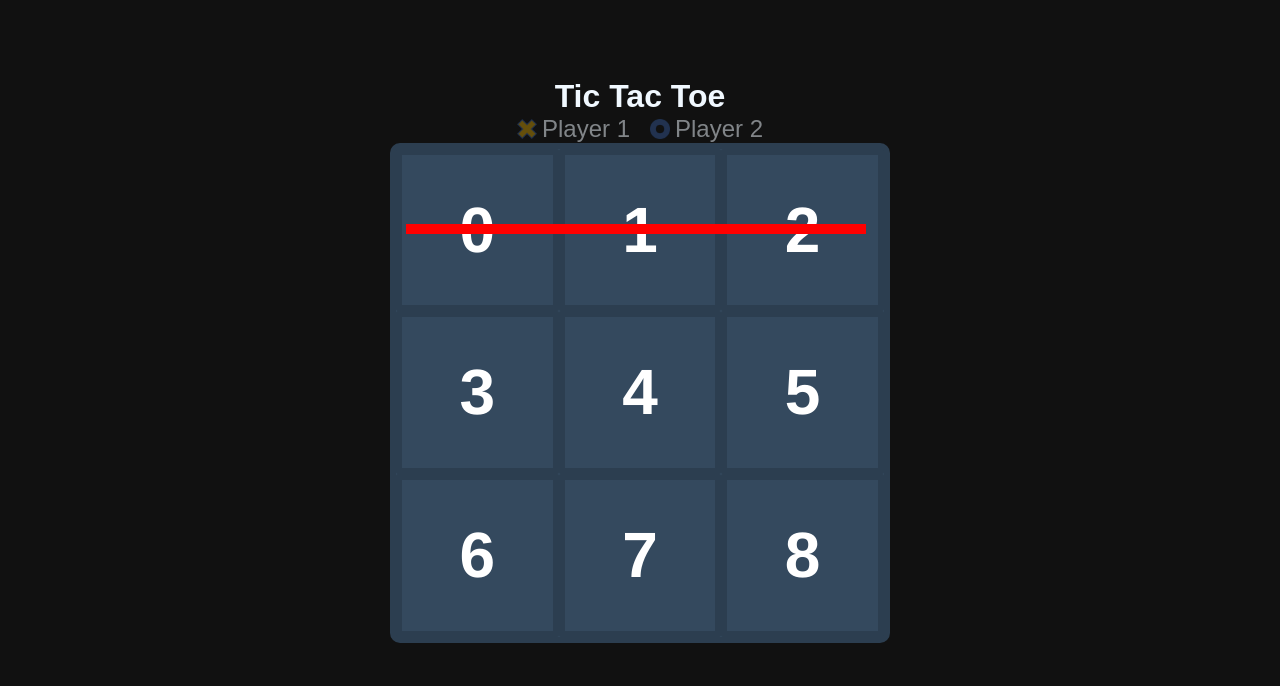
Repository: richardlieknis/tictactoe
Page: index.html
These files come from the project's save history. The page is drawn as it stood at one moment and after the next save; the edit follows.
The browser window is 1280 px wide. The pictures show the whole page.

Above is the page before, as saved 2022-12-08 14:32:01.

After the next save:
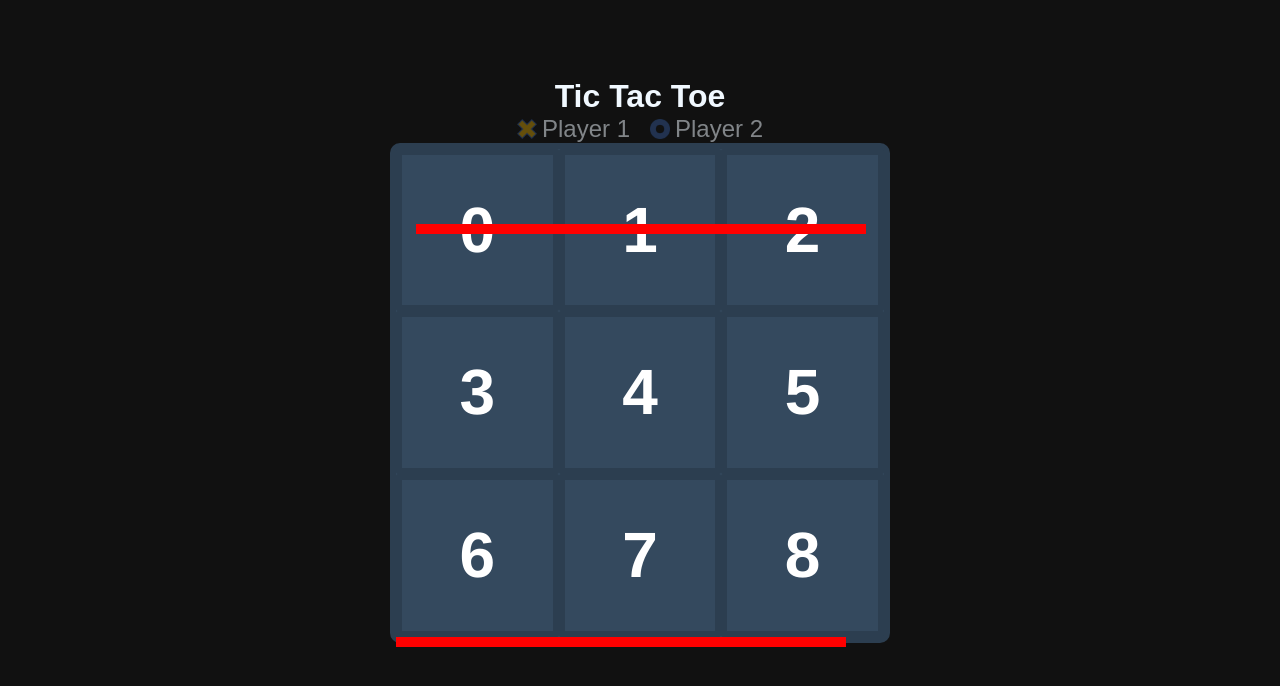
Saved 7 s later.
--- a/css/style.css
+++ b/css/style.css
@@ -75,6 +75,4 @@
     width: 450px;
     height: 10px;
     background-color: #f00;
-    top: 75px;
-    left: 10px;
 }
